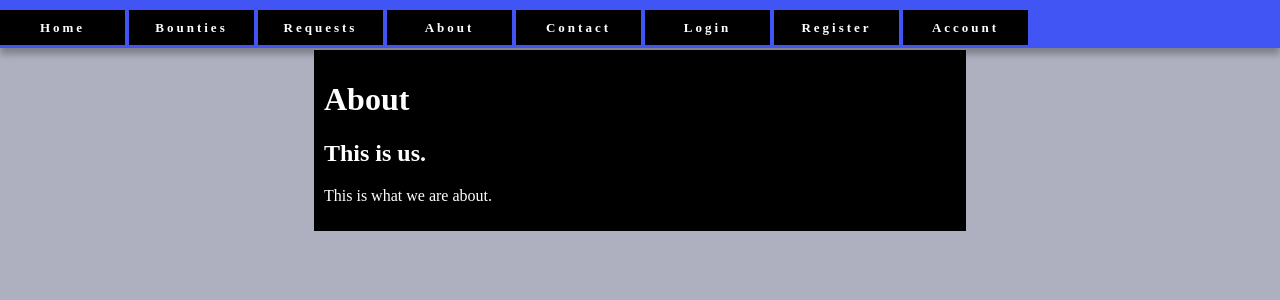
Repository: mailog/Tomorrow
Page: http://localhost/about
The author's editor kept a copy of each file at every save. The page is drawn from the files as they stood at one save, then again after the next save.
The browser window is 1280 px wide. The pictures show the whole page.
The page is this project's Thymeleaf template; nobody is signed in. The template is opened directly, without the code that normally fills it, so the values that code supplies are empty.

Above is the page before, as saved 2017-07-29 23:47:08.

After the next save:
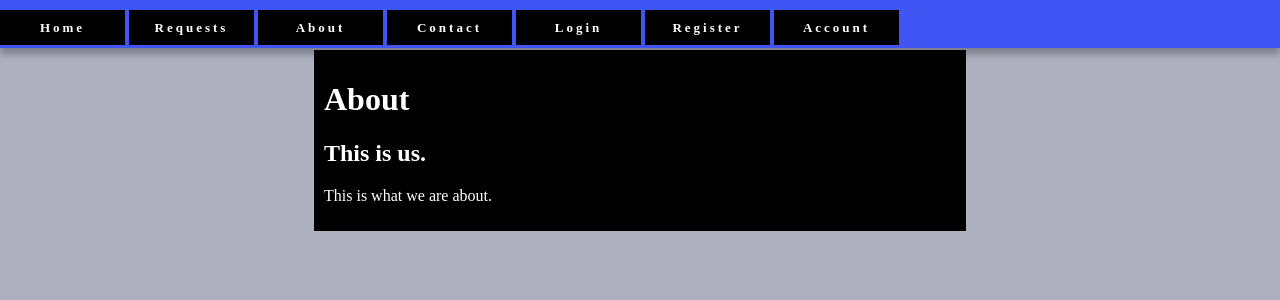
Saved 61 s later.
--- a/Tomorrow/src/main/resources/templates/about.html
+++ b/Tomorrow/src/main/resources/templates/about.html
@@ -9,9 +9,6 @@
 <div class = "toolbar">
 	<a href = "/">
 		<button class = "tool_button"> Home </button>
-	</a>
-	<a href = "/bounties">
-		<button class = "tool_button"> Bounties </button>
 	</a>
 	<a href = "/requests">
 		<button class = "tool_button"> Requests </button>
